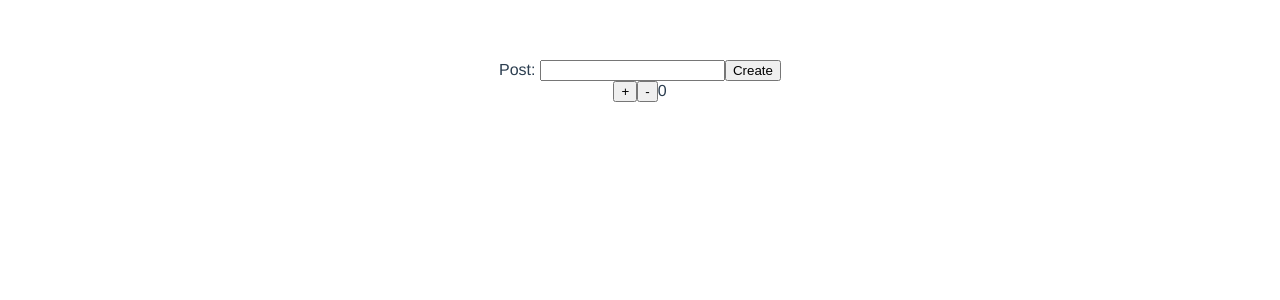
Repository: AnatoliyZaporozhets/HomeTask
Page: / (app in HomeWork_2/Task_1/), after clicking the first element matching `button`
The author's editor kept a copy of each file at every save. The page is drawn from the files as they stood at one save, then again after the next save.
The browser window is 1280 px wide. The pictures show the whole page.
The project was rebuilt for these pictures with package versions that can differ from the ones it lists, and the page was loaded fresh each time. Also part of the build but not shown: HomeWork_2/Task_1/vue.config.js.

Above is the page before, as saved 2022-04-17 16:29:15.

After the next save:
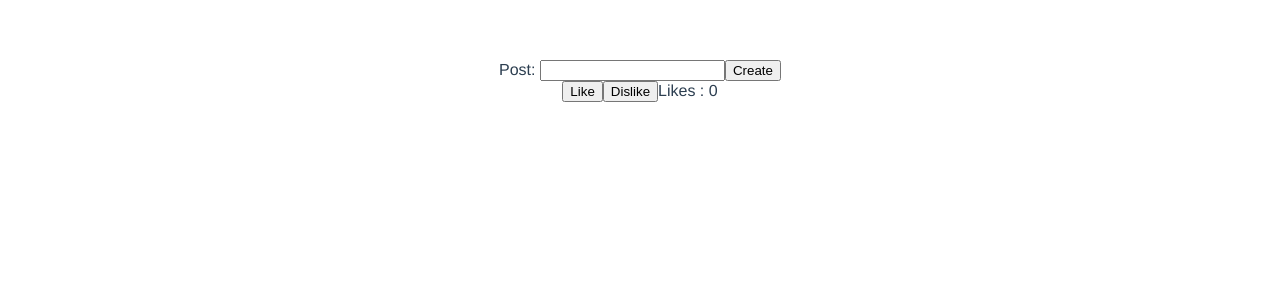
Saved 2 min 39 s later.
--- a/HomeWork_2/Task_1/src/components/PostList/index.vue
+++ b/HomeWork_2/Task_1/src/components/PostList/index.vue
@@ -1,9 +1,9 @@
 <template>
     <div>
         <label>{{posts}}</label>
-        <button @click="onChange(1)">+</button>
-        <button @click="onChange(-1)">-</button>
-        <span>{{likes}}</span>
+        <button @click="onChange(1)">Like</button>
+        <button @click="onChange(-1)">Dislike</button>
+        <span>Likes : {{likes}}</span>
     </div>
 </template>
 
